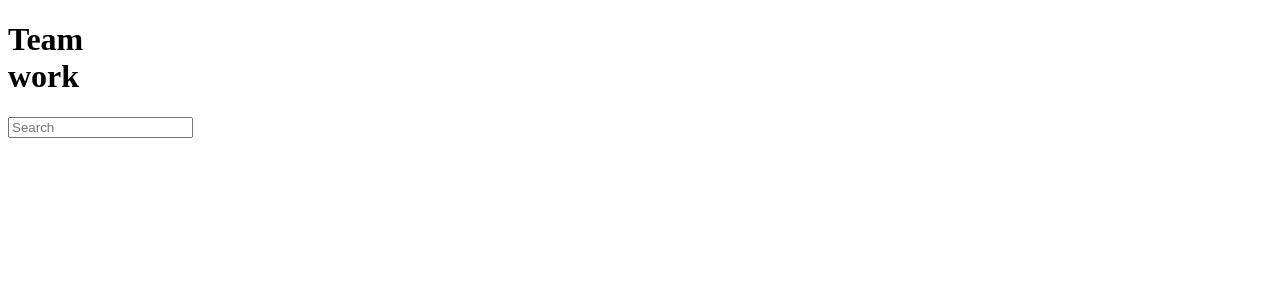
Repository: male8769/samarbejde
Page: index.html
An editor plug-in stored every save of this project. The page is shown before and after a run of saves, followed by the edit.
The browser window is 1280 px wide. The pictures show the whole page.

Above is the page before, as saved 2025-01-21 10:16:18.

After the next 4 saves:
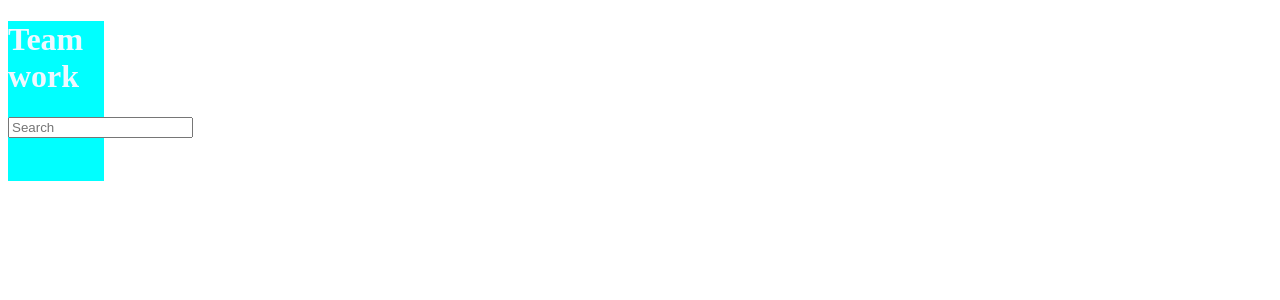
The 4 saves are shown as one change because they came seconds apart.
The last was saved 13 s later.
--- a/index.html
+++ b/index.html
@@ -9,7 +9,8 @@
     .main{
         width: 6rem;
         height:10rem;
-        background-color: ;
+        background-color: aqua;
+        color: aliceblue;
     }
 </style>
 <body>
